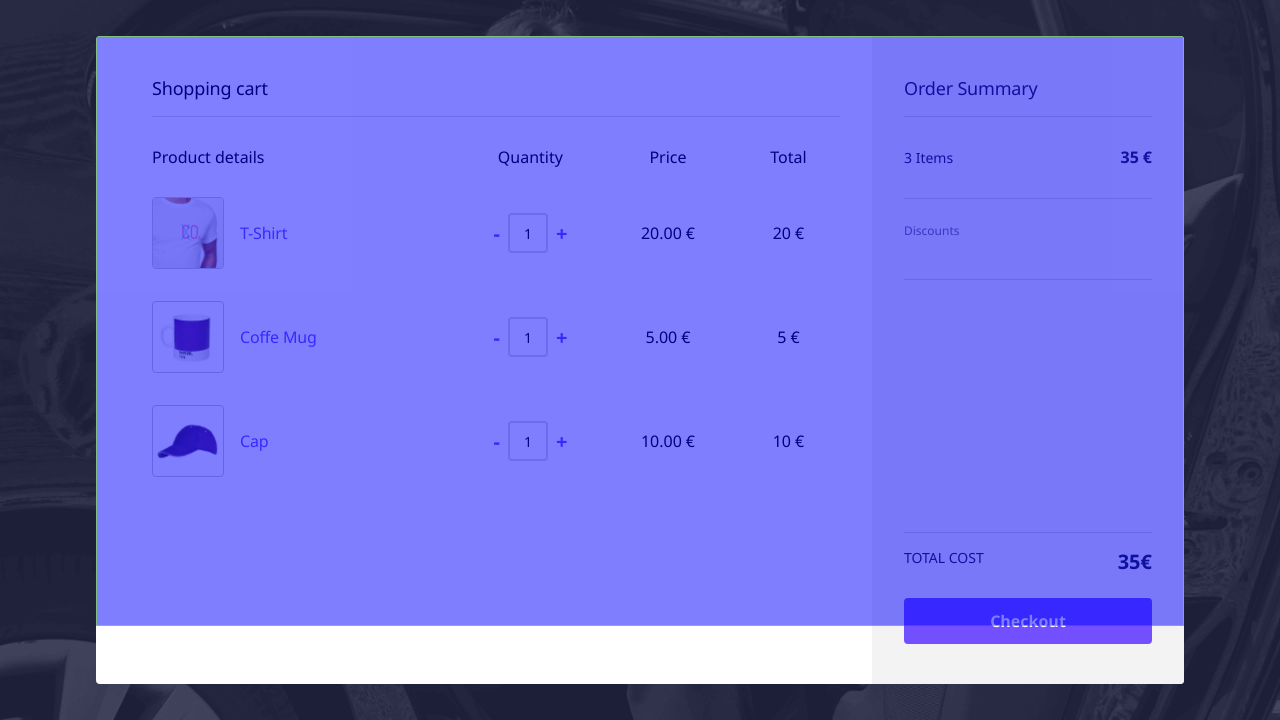
Repository: banchiec/challengecbfy
Page: /
The author's editor kept a copy of each file at every save. The page is drawn from the files as they stood at one save, then again after the next save.
The browser window is 1280 px wide. The pictures show the whole page.
Some web fonts or font styles are not loaded; a fallback is used. The project was rebuilt for these pictures with package versions that can differ from the ones it lists, and the page was loaded fresh each time. Also part of the build but not shown: craco.config.js.

Above is the page before, as saved 2021-12-11 10:37:43.

After the next save:
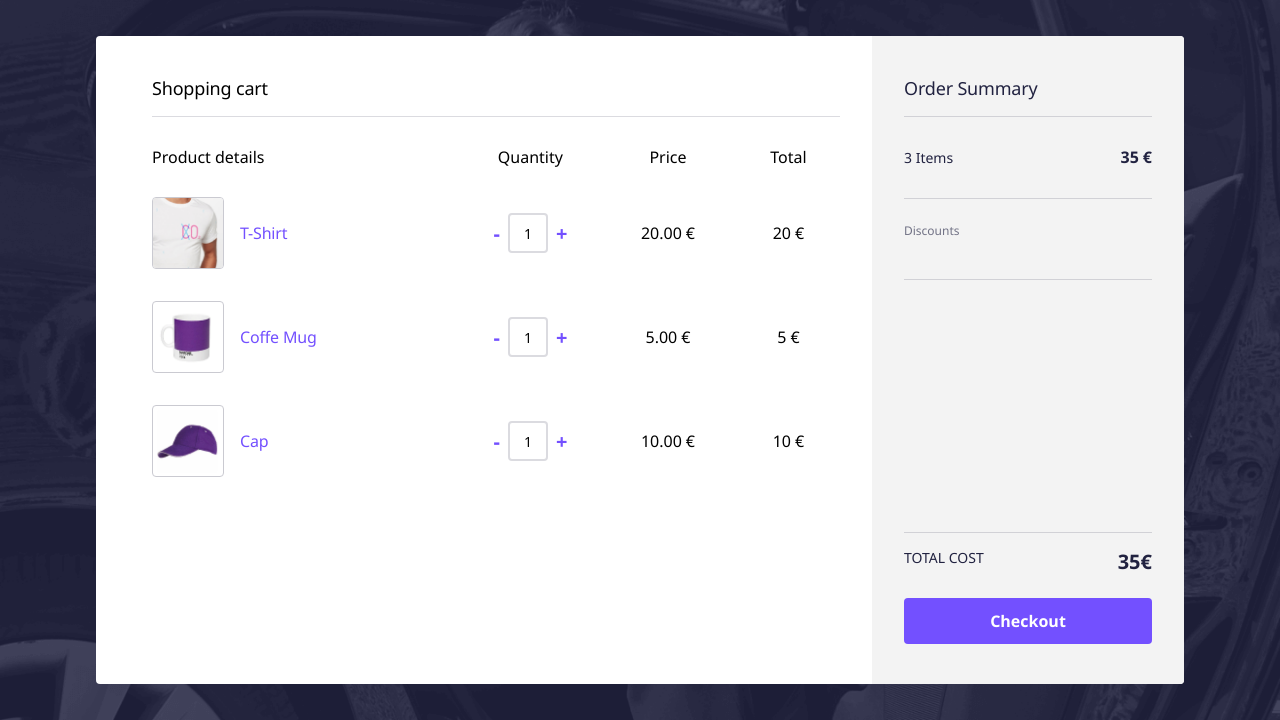
Saved 2 min 48 s later.
--- a/src/components/shoppingCart/ShoppingCart.js
+++ b/src/components/shoppingCart/ShoppingCart.js
@@ -11,8 +11,6 @@ export const ShoppingCart = (props) => {
 
     return (
         <>
-            <div className="modal">
-            </div>
             <section className="products">
                 <h1 className="main">Shopping cart</h1>
                 <ul className="product-list tableHead">

After the save that followed:
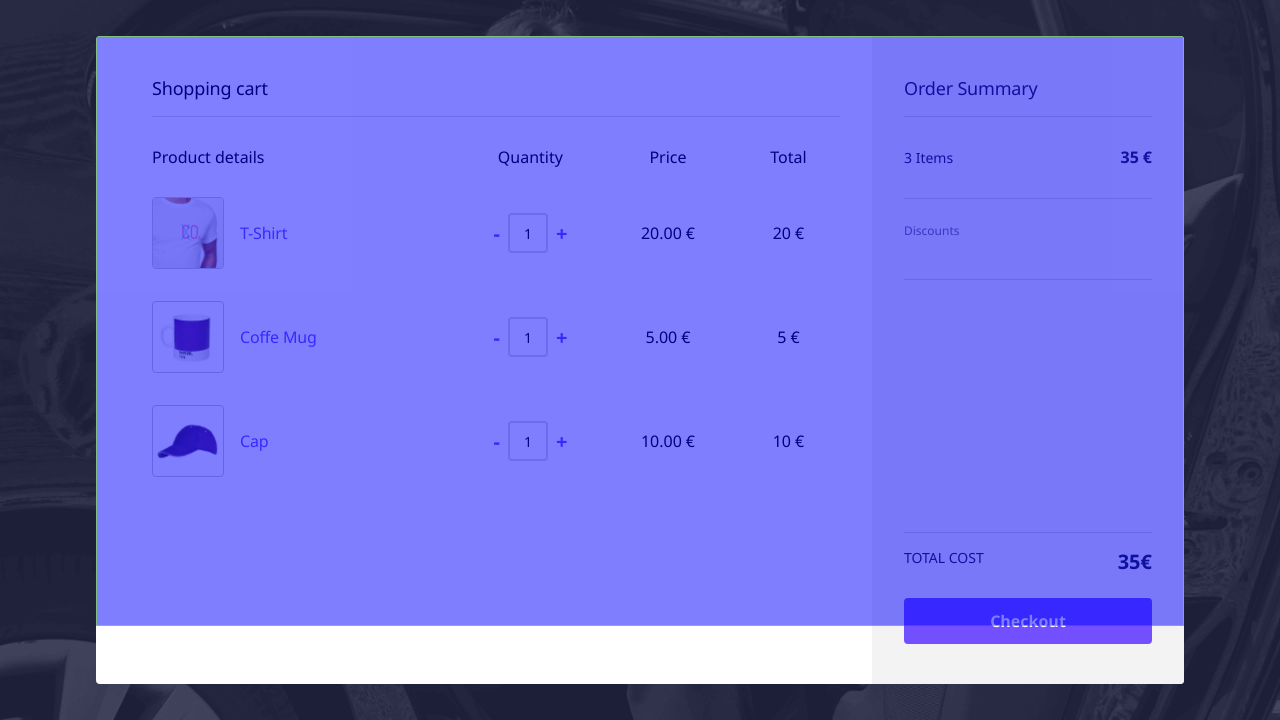
Saved 9 s later.
--- a/src/components/main/Main.js
+++ b/src/components/main/Main.js
@@ -44,6 +44,8 @@ export default function Main(props) {
 
     return (
         <main className="App">
+            <div className="modal">
+            </div>
             <ShoppingCart items={items} scan={scan} cost={cost} />
             <OrderSummery summary={summary} />
         </main>
